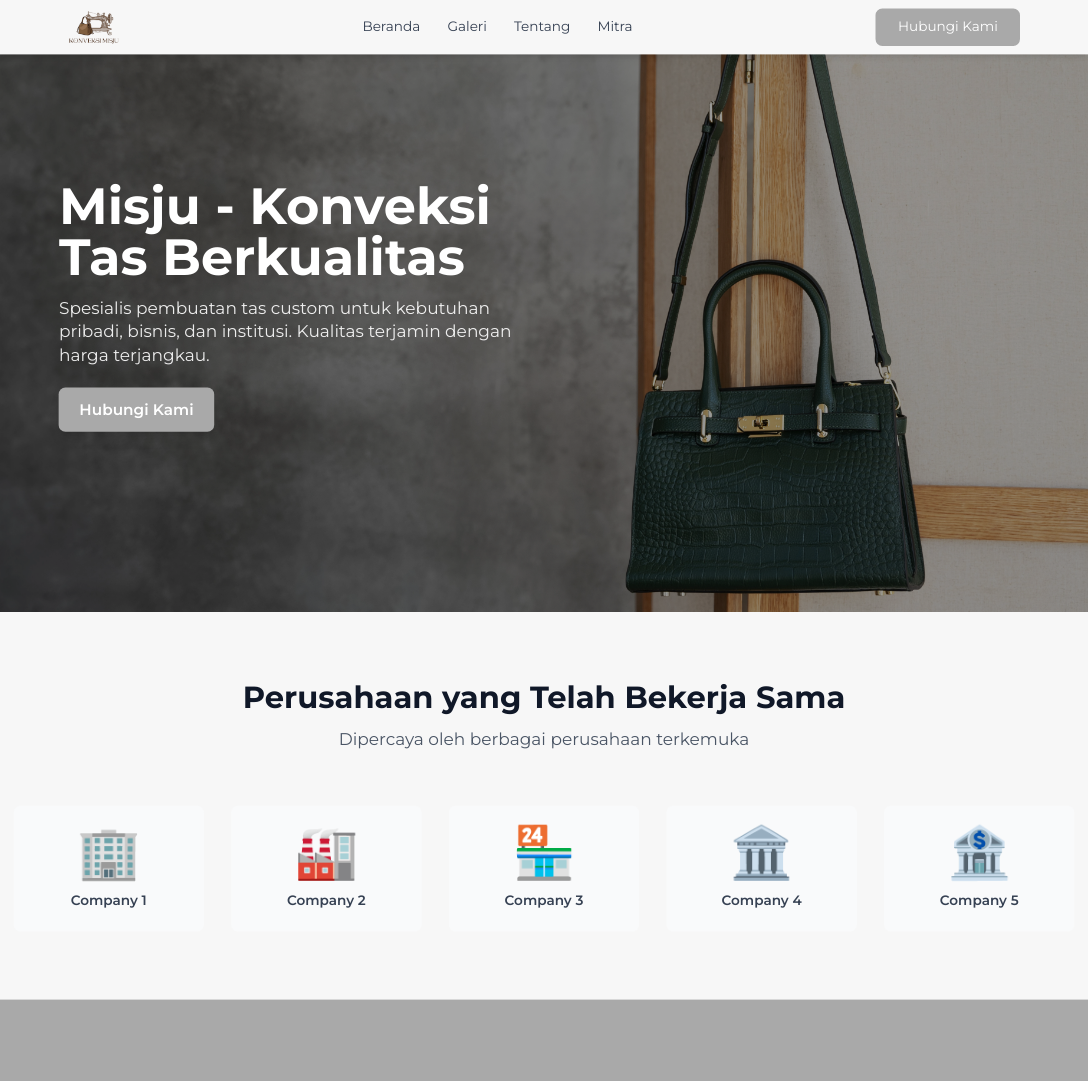
Repository: faridfirdaus-fred/konveksi_misju
Page: /
An editor plug-in stored every save of this project. The page is shown before and after a run of saves, followed by the edit.
The browser window is 1280 px wide. The pictures show the part of the page from y = 0 to 1272 px (the page is 3400 px tall), at 85% of full size.
Pictures or frames that could not be fetched are drawn as grey boxes. The project was rebuilt for these pictures with package versions that can differ from the ones it lists, and the page was loaded fresh each time. Also part of the build but not shown: vite.config.js.

Above is the page before, as saved 2026-01-09 19:58:38.

After the next 2 saves:
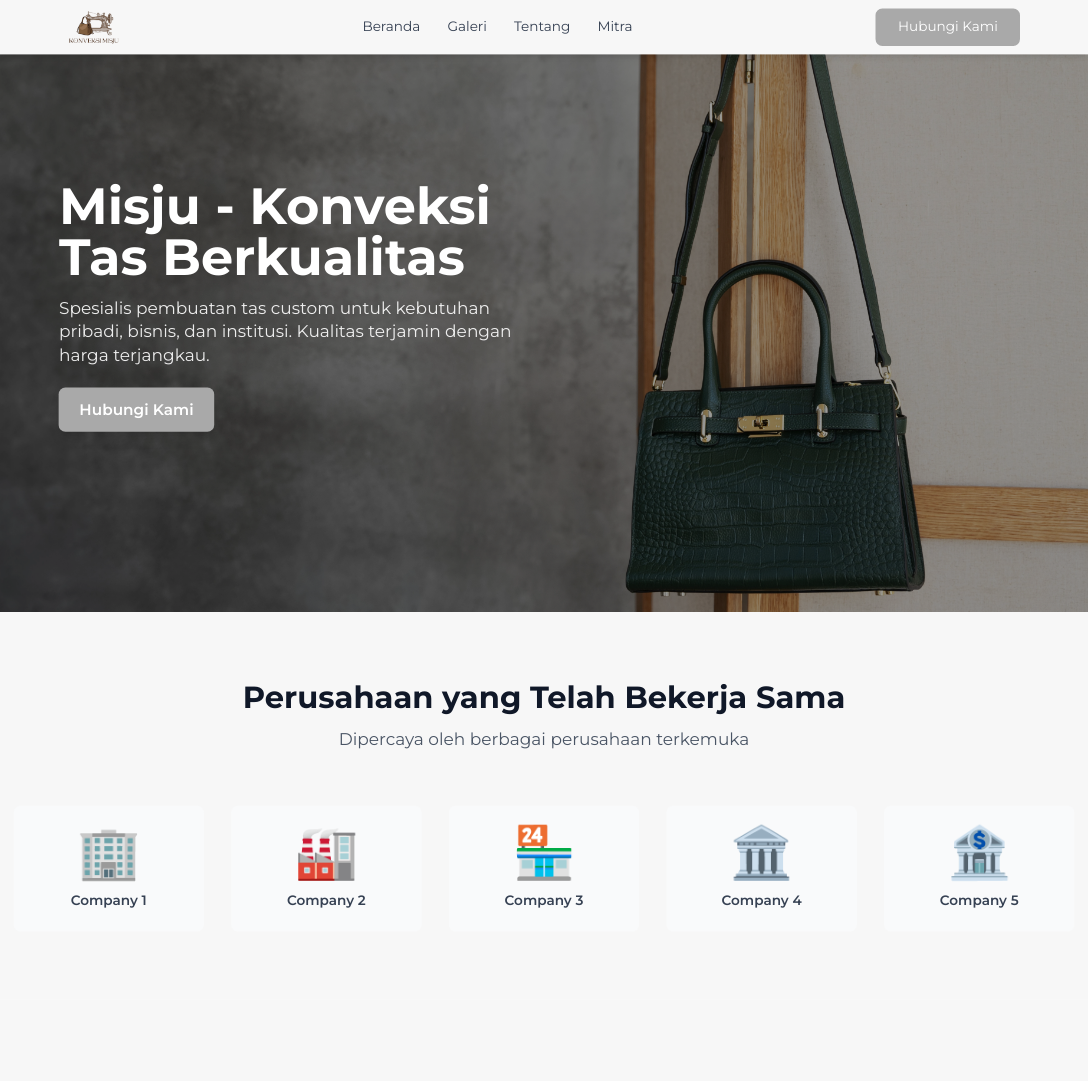
The 2 saves are shown as one change because they came seconds apart.
The last was saved 119 s later.
--- a/src/components/Hero_Bottom.jsx
+++ b/src/components/Hero_Bottom.jsx
@@ -38,7 +38,7 @@
   }
 
   return (
-    <section id="home" className="pt-12 pb-12 md:pt-24 md:pb-20 bg-primary">
+    <section id="home" className="pt-12 pb-12 md:pt-24 md:pb-20 bg-secondary">
       <div className=" mx-auto ">
         {/* Mobile First Layout */}
         <div className="flex flex-col md:flex-row gap-6 md:gap-12 items-center">
